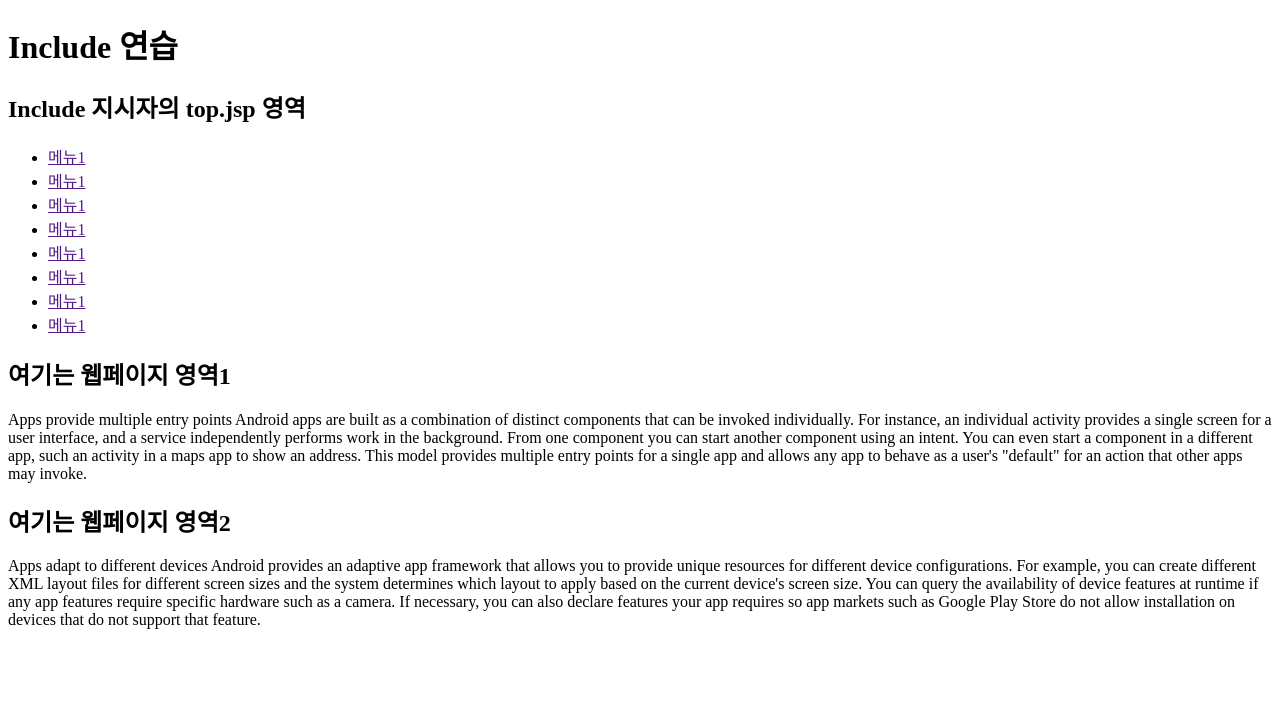
Repository: dev-sean/kosta
Page: http://localhost/jsp_1105_mybatis/ex1_sample.jsp
These files come from the project's save history. The page is drawn as it stood at one moment and after the next save; the edit follows.
The browser window is 1280 px wide. The pictures show the whole page.
Some web libraries are served in a nearby version. The page is served by Tomcat 9. Other server files are loaded and not shown.

Above is the page before, as saved 2014-11-04 01:25:18.

### jsp/jsp_1105_mybatis/WebContent/ex1_sample.jsp
<%@ page language="java" contentType="text/html; charset=EUC-KR"
	pageEncoding="EUC-KR"%>
<!DOCTYPE html>
<html>
<head>
<meta charset="EUC-KR">
<title>Insert title here</title>
<script src="//code.jquery.com/jquery-1.11.0.min.js"></script>
<script src="//code.jquery.com/jquery-migrate-1.2.1.min.js"></script>
<style>
</style>
<script>
	$(document).ready(function() {

	});
</script>
</head>
<body>
	<div id="wrap">
		<header>
			<h1>Include 연습</h1>
			<h2>Include 지시자의 top.jsp 영역</h2>
		</header>
		<nav>
			<ul>
				<li><a href="">메뉴1</a></li>
				<li><a href="">메뉴1</a></li>
				<li><a href="">메뉴1</a></li>
				<li><a href="">메뉴1</a></li>
				<li><a href="">메뉴1</a></li>
				<li><a href="">메뉴1</a></li>
				<li><a href="">메뉴1</a></li>
				<li><a href="">메뉴1</a></li>
			</ul>
		</nav>
		<article>
			<header>
				<h2>여기는 웹페이지 영역1</h2>
			</header>

			<p>Apps provide multiple entry points Android apps are built as a
				combination of distinct components that can be invoked individually.
				For instance, an individual activity provides a single screen for a
				user interface, and a service independently performs work in the
				background. From one component you can start another component using
				an intent. You can even start a component in a different app, such
				an activity in a maps app to show an address. This model provides
				multiple entry points for a single app and allows any app to behave
				as a user's "default" for an action that other apps may invoke.</p>
			<section>
				<header>
					<h2>여기는 웹페이지 영역2</h2>
				</header>
				<p>Apps adapt to different devices Android provides an adaptive
					app framework that allows you to provide unique resources for
					different device configurations. For example, you can create
					different XML layout files for different screen sizes and the
					system determines which layout to apply based on the current
					device's screen size. You can query the availability of device
					features at runtime if any app features require specific hardware
					such as a camera. If necessary, you can also declare features your
					app requires so app markets such as Google Play Store do not allow
					installation on devices that do not support that feature.</p>
			</section>
		</article>
		<footer>

		</footer>
	</div>
</body>
</html>

After the next save:
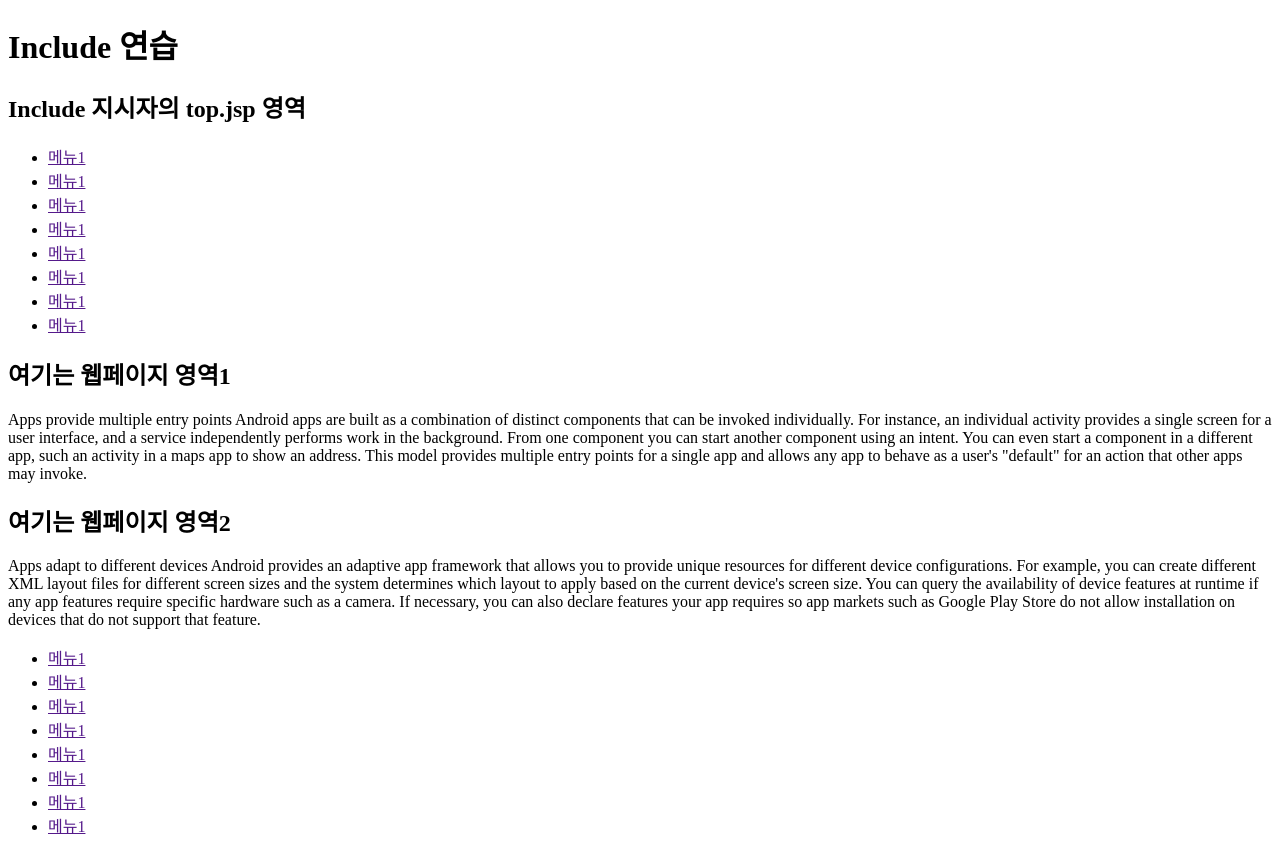
Saved 20 s later.
--- a/jsp/jsp_1105_mybatis/WebContent/ex1_sample.jsp
+++ b/jsp/jsp_1105_mybatis/WebContent/ex1_sample.jsp
@@ -64,7 +64,18 @@
 			</section>
 		</article>
 		<footer>
-
+			<nav>
+				<ul>
+					<li><a href="">메뉴1</a></li>
+					<li><a href="">메뉴1</a></li>
+					<li><a href="">메뉴1</a></li>
+					<li><a href="">메뉴1</a></li>
+					<li><a href="">메뉴1</a></li>
+					<li><a href="">메뉴1</a></li>
+					<li><a href="">메뉴1</a></li>
+					<li><a href="">메뉴1</a></li>
+				</ul>
+			</nav>
 		</footer>
 	</div>
 </body>
